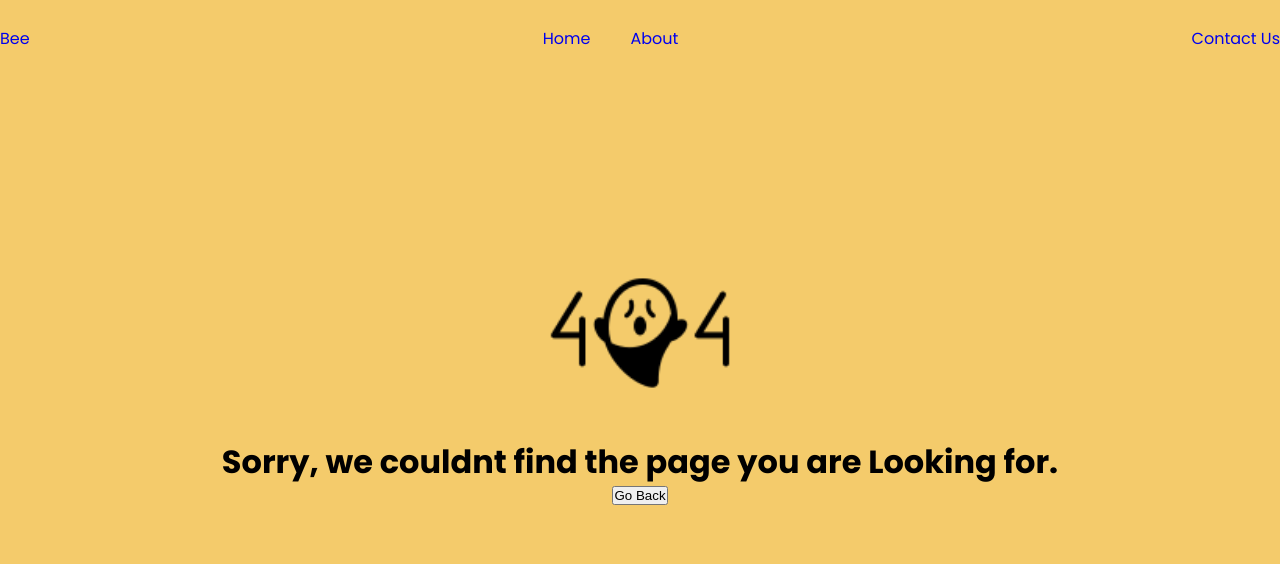
Repository: ble-syn/Random-user-generator-app
Page: /not-found
An editor plug-in stored every save of this project. The page is shown before and after the next save, followed by the edit.
The browser window is 1280 px wide. The pictures show the whole page.
The project was rebuilt for these pictures with package versions that can differ from the ones it lists, and the page was loaded fresh each time. Also part of the build but not shown: src/components/pagination.jsx, src/components/ErrorFallback.jsx, src/components/User.jsx, src/pages/Home.jsx, src/pages/About.jsx, src/pages/Policy.jsx, src/pages/Terms.jsx, src/pages/Contact.jsx.

Above is the page before, as saved 2022-10-28 17:36:16.

After the next save:
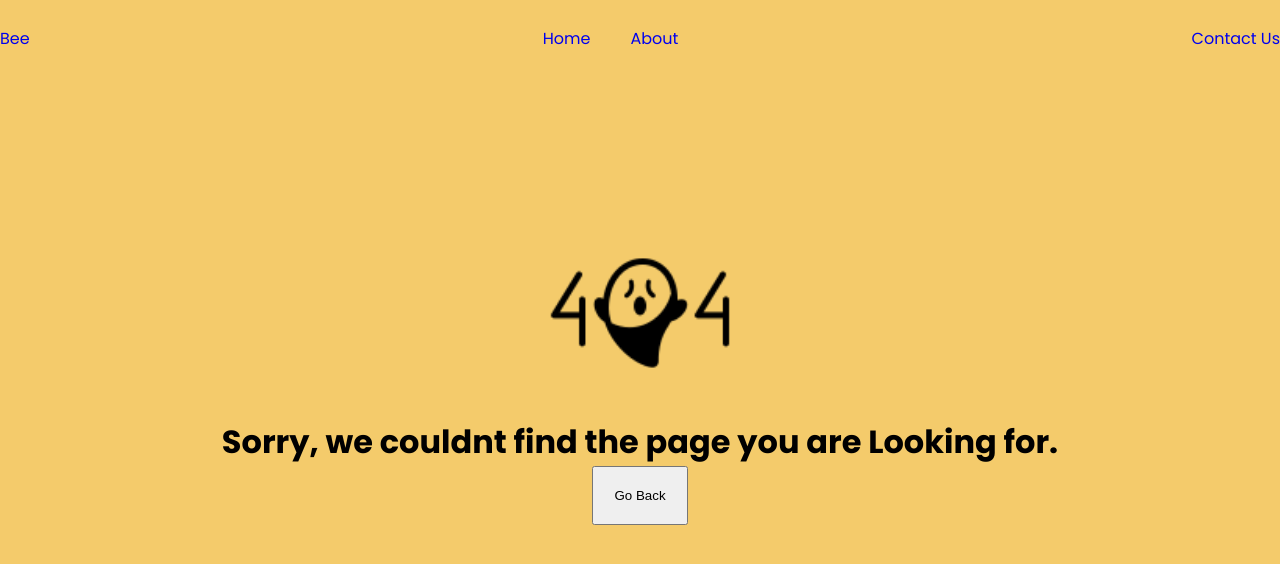
Saved 44 s later.
--- a/src/index.css
+++ b/src/index.css
@@ -169,3 +169,7 @@ img {
   height: 200px;
   border: none;
 }
+.notfound button {
+  padding: 20px;
+  border-radius: 1px solid black;
+}
